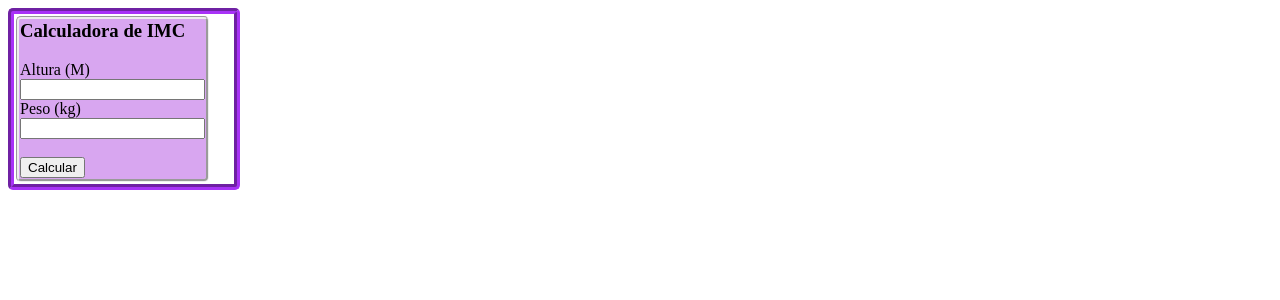
Repository: Patriciamativi/Projetos
Page: index.html
The author's editor kept a copy of each file at every save. The page is drawn from the files as they stood at one save, then again after the next save.
The browser window is 1280 px wide. The pictures show the whole page.

Above is the page before, as saved 2022-11-21 16:15:18.

### index.html
<html>
    <head>
        <title>Calculadora de IMC</title>
        <meta charset="utf-8"/>
        <link rel="stylesheet" href="style.css"> <!-- AQUI VOCÊ  CRIA UMA PÁGINA CSS PARA COLOCAR ESTILO NO SE PROJETO-->
    </head>

   <div id="borda">
<table border="0">
    <body>
            <tr> <td> <h3>Calculadora de IMC</h3>

            Altura (M)<br/>
            <input type: "number" > </br>

            Peso (kg)<br/>
            <input type: "number" > </br> </br>

            <input type= "submit" value="Calcular"> </td>
            </tr>

    </table>
</div>
        </body>
</html>

### style.css
#borda {
    border: 6px groove rgb(168, 50, 247);
    border-radius: 5px;
    width: 220px;
}
td {
    border-style: groove;
    border-radius: 5px;
    background-color: rgb(216, 166, 240);
}

After the next save:
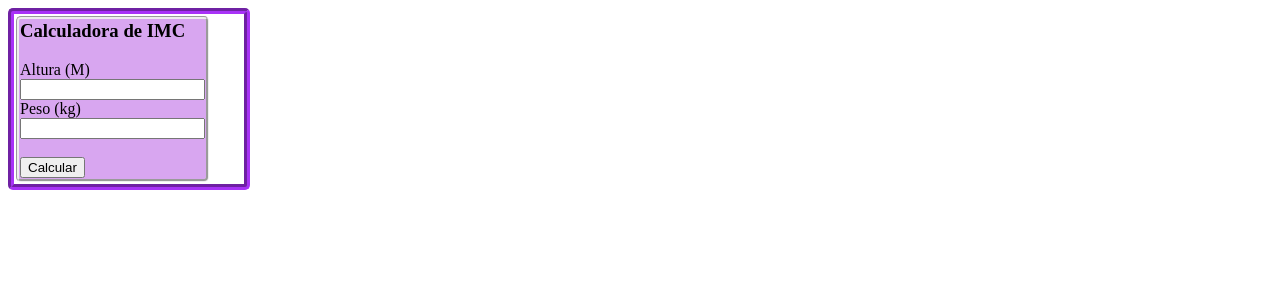
Saved 8 s later.
--- a/style.css
+++ b/style.css
@@ -1,7 +1,7 @@
 #borda {
     border: 6px groove rgb(168, 50, 247);
     border-radius: 5px;
-    width: 220px;
+    width: 230px;
 }
 td {
     border-style: groove;
